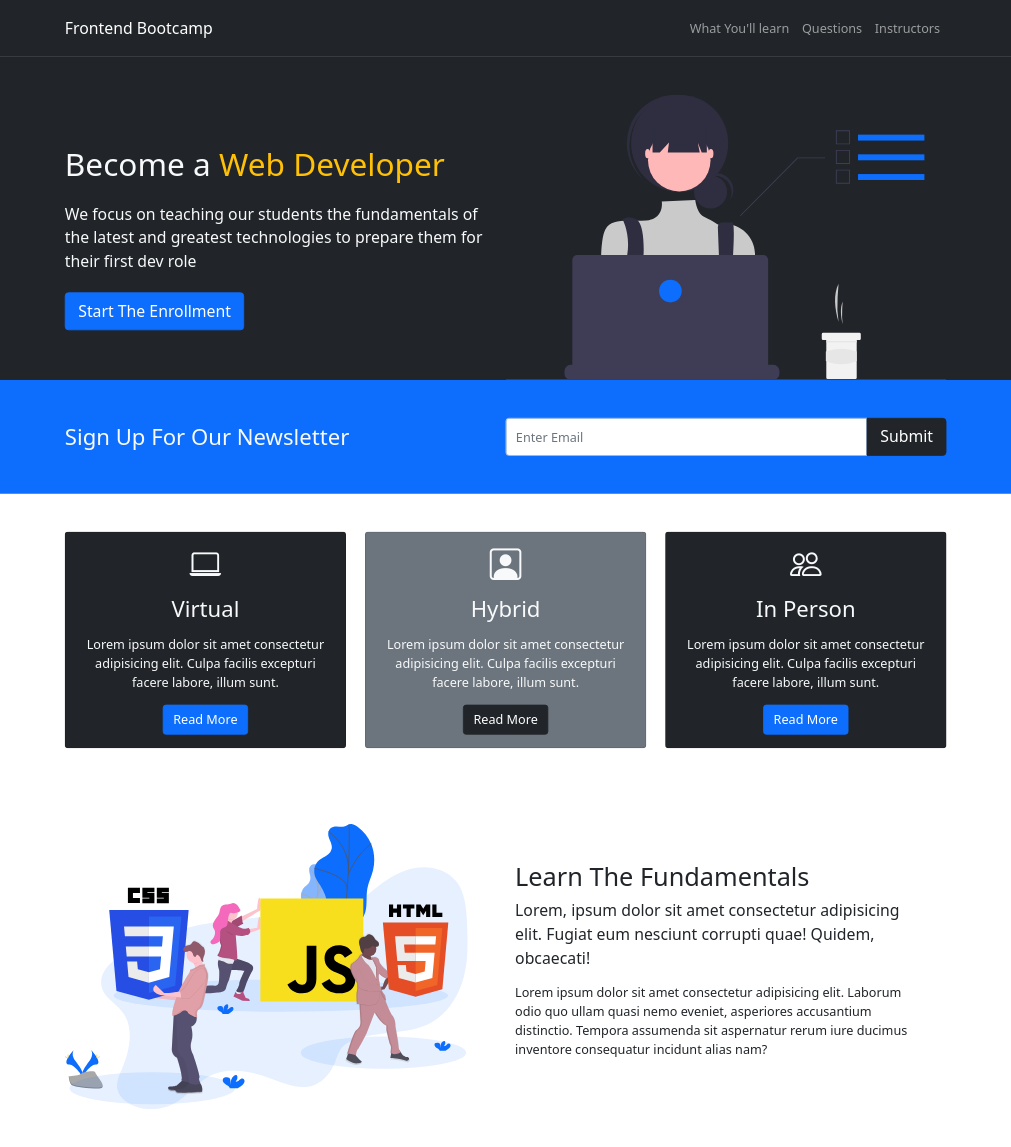
Repository: Marhamat92/Bootstrap5-Responsive-Website-
Page: index.html
An editor plug-in stored every save of this project. The page is shown before and after the next save, followed by the edit.
The browser window is 1280 px wide. The pictures show the whole page, at 79% of full size.
Some web libraries are served in a nearby version.

Above is the page before, as saved 2021-09-18 17:41:35.

### index.html
<!DOCTYPE html>
<html lang="en">

<head>
    <meta charset="UTF-8">
    <meta http-equiv="X-UA-Compatible" content="IE=edge">
    <meta name="viewport" content="width=device-width, initial-scale=1.0">
    <link href="https://cdn.jsdelivr.net/npm/bootstrap@5.0.2/dist/css/bootstrap.min.css" rel="stylesheet"
        integrity="sha384-EVSTQN3/azprG1Anm3QDgpJLIm9Nao0Yz1ztcQTwFspd3yD65VohhpuuCOmLASjC" crossorigin="anonymous">
    <link rel="stylesheet" href="https://cdn.jsdelivr.net/npm/bootstrap-icons@1.3.0/font/bootstrap-icons.css">
    <link rel="stylesheet" href="style.css">
    <title>Frontend Bootcamp</title>

</head>

<body>
    <!--Navbar-->
    <nav class="navbar navbar-expand-lg bg-dark navbar-dark py-3">
        <div class="container">
            <a href="#" class="navbar-brand">Frontend Bootcamp</a>
            <button class="navbar-toggler" type="button" data-bs-toggle="collapse" data-bs-target="#navmenu">
                <span class="navbar-toggler-icon"></span>
            </button>
            <div class="collapse navbar-collapse" id="navmenu">
                <ul class="navbar-nav ms-auto">
                    <li class="nav-item">
                        <a href="#learn" class="nav-link">What You'll learn</a>
                    </li>
                    <li class="nav-item">
                        <a href="#questions" class="nav-link">Questions</a>
                    </li>
                    <li class="nav-item">
                        <a href="#instructors" class="nav-link">Instructors</a>
                    </li>
                </ul>
            </div>
        </div>
    </nav>

    <!--Showcase-->

    <section class="bg-dark text-light p-5 p-lg-0 pt-lg-5 text-center text-sm-start">
        <div class="container">
            <div class="d-sm-flex align-items-center justify-content-between">
                <div>
                    <h1>Become a <span class="text-warning">Web Developer</span> </h1>
                    <p class="lead my-4">We focus on teaching our students the fundamentals of the latest and
                        greatest technologies to prepare them for their first dev role
                    </p>
                    <button class="btn btn-primary btn-lg">Start The Enrollment</button>
                </div>
                <img class="img-fluid w-50 d-none d-sm-block" src="img/showcase.svg" alt="showcase">
            </div>
        </div>
    </section>


    <!--Newsletter-->
    <section class=" bg-primary text-light p-5">
        <div class="container">
            <div class="d-md-flex justify-content-between align-items-center">
                <h3 class="mb-3 mb-md-0">Sign Up For Our Newsletter</h3>
                <div class="input-group news-input">
                    <input type="text" class="form-control" placeholder="Enter Email">
                    <button class="btn btn-dark btn-lg" type="button">Submit</button>
                </div>

            </div>
        </div>
    </section>

    <!--Boxes-->
    <section class="p-5">
        <div class="container">
            <div class="row text-center g-4">
                <div class="col-md">
                    <div class="card bg-dark text-light">
                        <div class="card-body text-center">
                            <div class="h1 mb-3"><i class="bi bi-laptop"></i>
                            </div>
                            <h3 class="title mb-3">Virtual</h3>
                            <p class="card-text">
                                Lorem ipsum dolor sit amet consectetur adipisicing elit. Culpa facilis excepturi facere
                                labore, illum sunt.
                            </p>
                            <a href="#" class="btn btn-primary">Read More</a>
                        </div>
                    </div>
                </div>
                <div class="col-md">
                    <div class="card bg-secondary text-light">
                        <div class="card-body text-center">
                            <div class="h1 mb-3"><i class="bi bi-person-square"></i>
                            </div>
                            <h3 class="title mb-3">Hybrid</h3>
                            <p class="card-text">
                                Lorem ipsum dolor sit amet consectetur adipisicing elit. Culpa facilis excepturi facere
                                labore, illum sunt.
                            </p>
                            <a href="#" class="btn btn-dark">Read More</a>
                        </div>
                    </div>
                </div>
                <div class="col-md">
                    <div class="card bg-dark text-light">
                        <div class="card-body text-center">
                            <div class="h1 mb-3"><i class="bi bi-people"></i>
                            </div>
                            <h3 class="title mb-3">In Person</h3>
                            <p class="card-text">
                                Lorem ipsum dolor sit amet consectetur adipisicing elit. Culpa facilis excepturi facere
                                labore, illum sunt.
                            </p>
                            <a href="#" class="btn btn-primary">Read More</a>
                        </div>
                    </div>
                </div>
            </div>
        </div>
    </section>

    <!--Learn Sections-->
    <section id="learn" class="p-5">
        <div class="container">
            <div class="row align-items-center justify-content-between">
                <div class="col-md">
                    <img src="img/fundamentals.svg" class="img-fluid" alt="">
                </div>
                <div class="col-md p-5">
                    <h2>Learn The Fundamentals</h2>
                    <p class="lead">
                        Lorem, ipsum dolor sit amet consectetur adipisicing elit. Fugiat eum nesciunt corrupti quae!
                        Quidem, obcaecati!
                    </p>
                    <p>Lorem ipsum dolor sit amet consectetur adipisicing elit. Laborum odio quo ullam quasi nemo eveniet, asperiores accusantium distinctio. Tempora assumenda sit aspernatur rerum iure ducimus inventore consequatur incidunt alias nam?</p>
                </div>
            </div>
        </div>
    </section>





















    <script src="https://cdn.jsdelivr.net/npm/bootstrap@5.0.2/dist/js/bootstrap.bundle.min.js"
        integrity="sha384-MrcW6ZMFYlzcLA8Nl+NtUVF0sA7MsXsP1UyJoMp4YLEuNSfAP+JcXn/tWtIaxVXM" crossorigin="anonymous">
    </script>
</body>

</html>

### style.css
@media (min-width:768px) {
    .news-input{
        width:50%;
    }
}

After the next save:
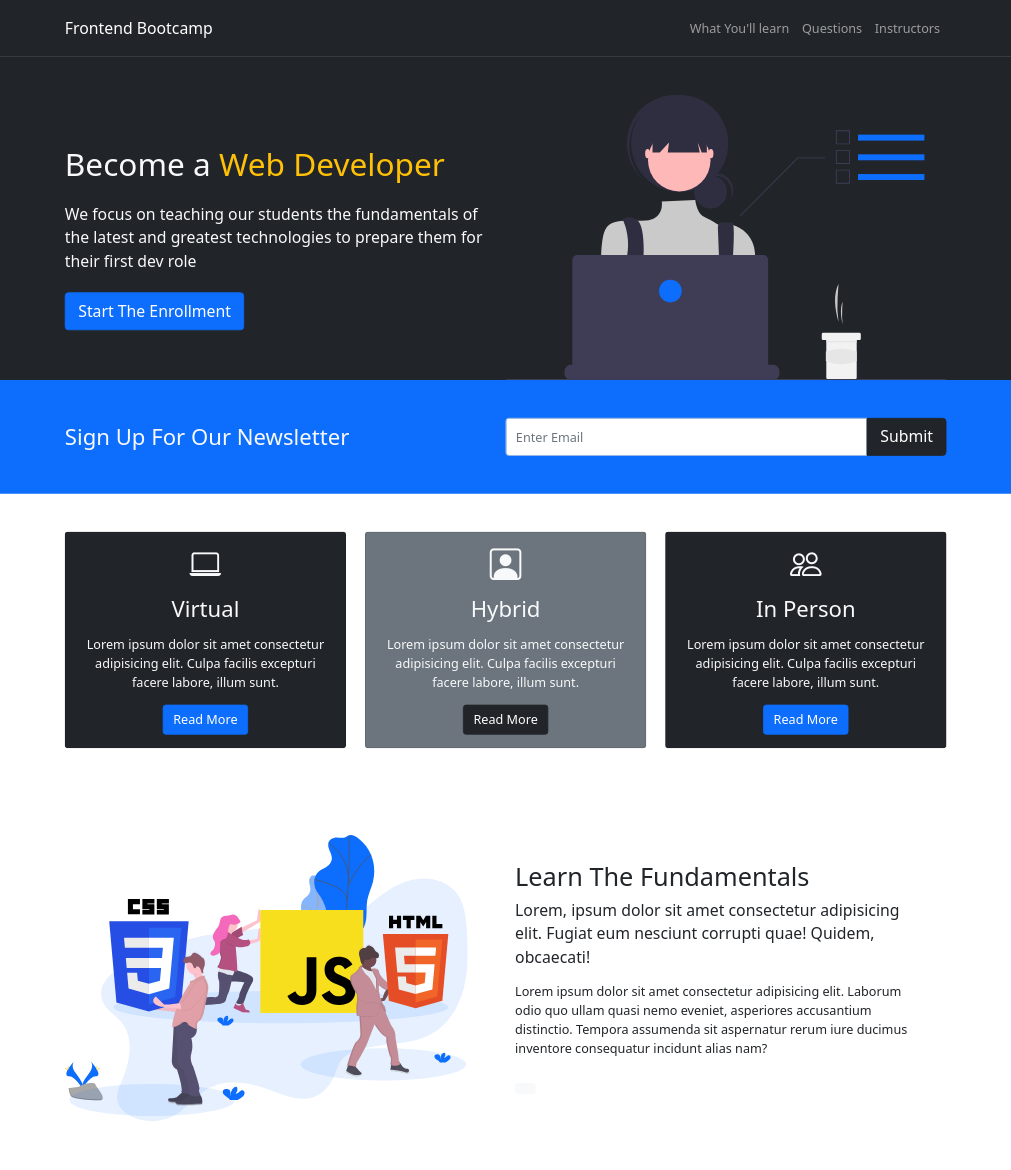
Saved 77 s later.
--- a/index.html
+++ b/index.html
@@ -133,6 +133,7 @@
                         Quidem, obcaecati!
                     </p>
                     <p>Lorem ipsum dolor sit amet consectetur adipisicing elit. Laborum odio quo ullam quasi nemo eveniet, asperiores accusantium distinctio. Tempora assumenda sit aspernatur rerum iure ducimus inventore consequatur incidunt alias nam?</p>
+                    <a href="" class="btn btn-light mt-3"></a>
                 </div>
             </div>
         </div>
